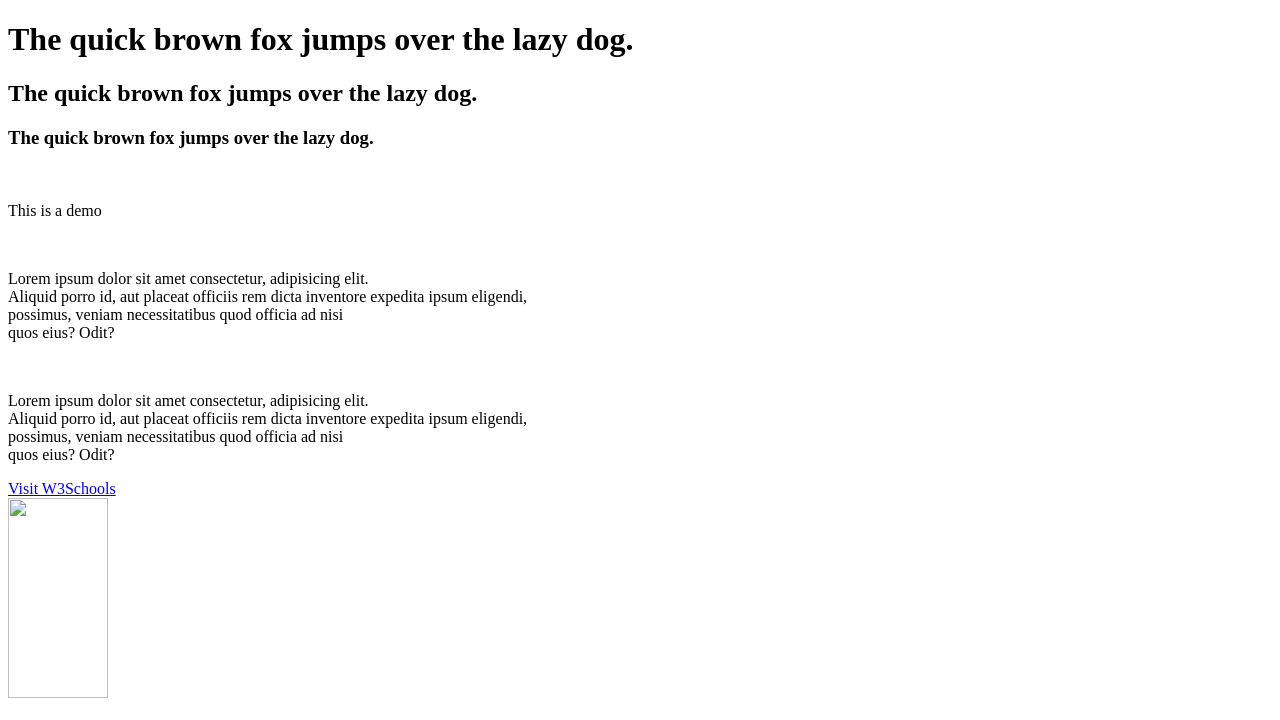
Repository: PhilipMuturi/website
Page: website/index.html
The author's editor kept a copy of each file at every save. The page is drawn from the files as they stood at one save, then again after the next save.
The browser window is 1280 px wide. The pictures show the whole page.

Above is the page before, as saved 2023-11-29 14:11:32.
Not found: website/myproject/Jackie.jpg

After the next save:
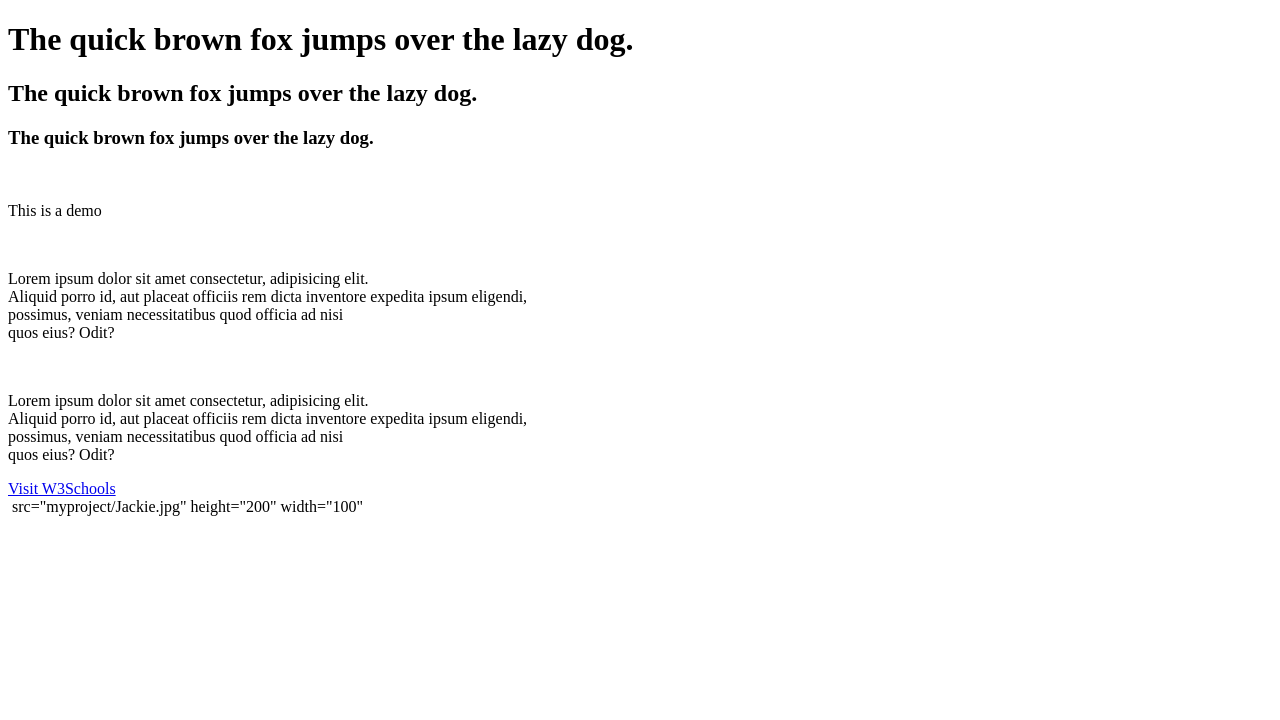
Saved 2 min 23 s later.
--- a/website/index.html
+++ b/website/index.html
@@ -30,6 +30,6 @@
 
              <a href="https://www.w3schools.com">Visit W3Schools</a>
              <br>
-             <img src="myproject/Jackie.jpg" height="200" width="100" </img>
+             <img> src="myproject/Jackie.jpg" height="200" width="100"</img>
     </body>
 </html>
